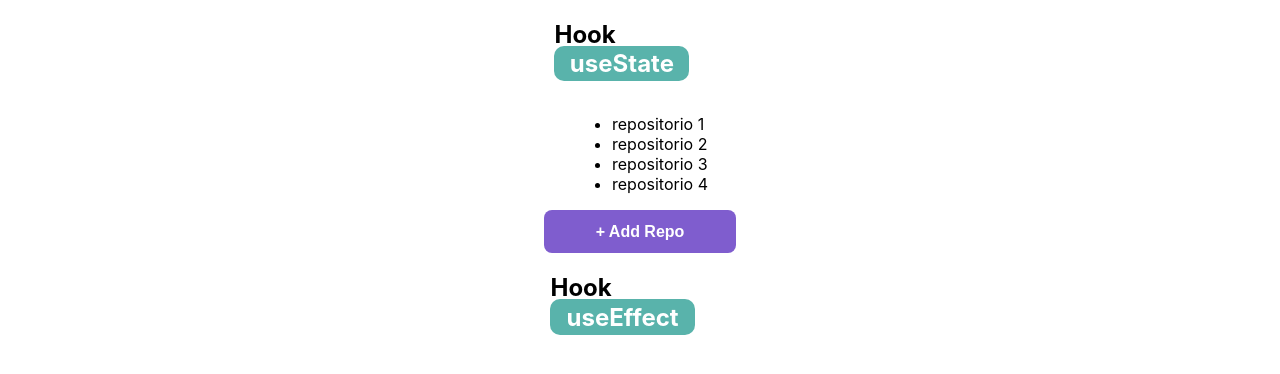
Repository: thiagolucio/react-hooks-use
Page: /
These files come from the project's save history. The page is drawn as it stood at one moment and after the next save; the edit follows.
The browser window is 1280 px wide. The pictures show the whole page.
The project was rebuilt for these pictures with package versions that can differ from the ones it lists, and the page was loaded fresh each time.

Above is the page before, as saved 2022-03-08 22:44:17.

### src/index.css
body {
  margin: 0;
  padding: 0;
  overflow-x: hidden;
  font-family: -apple-system, BlinkMacSystemFont, 'Segoe UI', 'Roboto', 'Oxygen',
    'Ubuntu', 'Cantarell', 'Fira Sans', 'Droid Sans', 'Helvetica Neue',
    sans-serif;
  -webkit-font-smoothing: antialiased;
  -moz-osx-font-smoothing: grayscale;
}

code {
  font-family: source-code-pro, Menlo, Monaco, Consolas, 'Courier New',
    monospace;
}

.container_column_center {
  display: flex;
  flex-direction: column;
  justify-content: flex-start;
  align-items: center;
}

.container_row_center {
  display: flex;
  flex-direction: row;
  justify-content: flex-start;
}


.font18px {font-size: 18px;}
.font20px {font-size: 20px;}
.font22px {font-size: 22px;}
.font24px {font-size: 24px;}

### src/App.js
import React from "react";
import './App.css';

import UseStateExample from "./Components/UseStateExample";
import UseEffectExample from "./Components/UseEffectExample";



function App() {
  return (
    <>
    <div className="50">
      <UseStateExample />
    </div>
    <div className="50">
      <UseEffectExample/>
    </div>
    </>
  );
}

export default App;

### src/App.css
.container {
    display: flex;
    flex-direction: column;
    align-items: center;
    justify-content: center;
}

.Cinquenta {
    width: 50%;

}

### src/Components/UseStateExample.js
import React, { useState } from "react";
import "./UseStateExample.css";

function UseStateExample() {

  const [repositories, setRepositories] = useState([
    { id: 1, name: "repositorio 1" },
    { id: 2, name: "repositorio 2" },
    { id: 3, name: "repositorio 3" },
    { id: 4, name: "repositorio 4" },
  ]);

    function handleAddRepo() {

        let numName  = repositories.length + 1;

        setRepositories([...repositories, { id: Math.random(), name: "repositorio " + numName}]);
    }

  return (
    <div className="container">
      <h2>Hook <span className="badge-title">useState</span></h2>
      <ul>
        {repositories.map((repo) => (
          <li key={repo.id}>{repo.name}</li>
        ))}
      </ul>
      <button className="buttonApp" onClick={handleAddRepo}>+ Add Repo</button>
    </div>
  );
}

export default UseStateExample;

### src/Components/UseEffectExample.js
import React, { useState } from "react";
import "./UseStateExample.css";

function UseEffectExample() {

  const [repositories, setRepositories] = useState([]);

    function handleAddRepo() {

    }

  return (
    <div className="container">
      <h2>Hook <span className="badge-title">useEffect</span></h2>
      <ul>
        {repositories.map((repo) => (
          <li key={repo.id}>{repo.name}</li>
        ))}
      </ul>
    </div>
  );
}

export default UseEffectExample;

### src/Components/UseStateExample.css
.buttonApp {
    font-size: 16px;
    padding: 1% 4%;
    background-color: #7f5dce;
    border: 2px solid #7f5dce;
    color: #fff;
    font-weight: bold;
    border: none;
    border-radius: 8px;
}

.buttonApp:hover {
    background-color: white;
    border: 2px solid #7f5dce;
    color: #7f5dce;
    transition: all 0.2s ease-in;
    cursor: pointer;
}

.buttonApp:click {
    background-color: 45336e;
    border: 2px solid #45336e;
    color: #7f5dce;
    transition: all 0.2s ease-in;
    cursor: pointer;
}

.badge-title {
    font-size: 24px;
    padding: 2% 9%;
    background-color: #59b3ab;
    color: #fff;
    font-weight: bold;
    border: none;
    border-radius: 10px;
}

Loaded but not shown: public/index.html (common file); src/index.js (common file); src/reportWebVitals.js (common file)

After the next save:
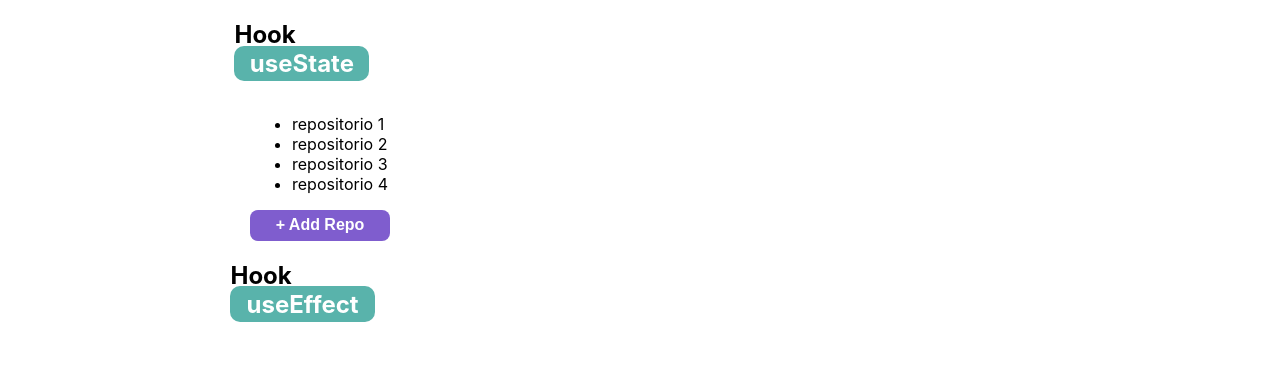
Saved 9 s later.
--- a/src/App.js
+++ b/src/App.js
@@ -9,10 +9,10 @@ import UseEffectExample from "./Components/UseEffectExample";
 function App() {
   return (
     <>
-    <div className="50">
+    <div className="Cinquenta">
       <UseStateExample />
     </div>
-    <div className="50">
+    <div className="Cinquenta">
       <UseEffectExample/>
     </div>
     </>
